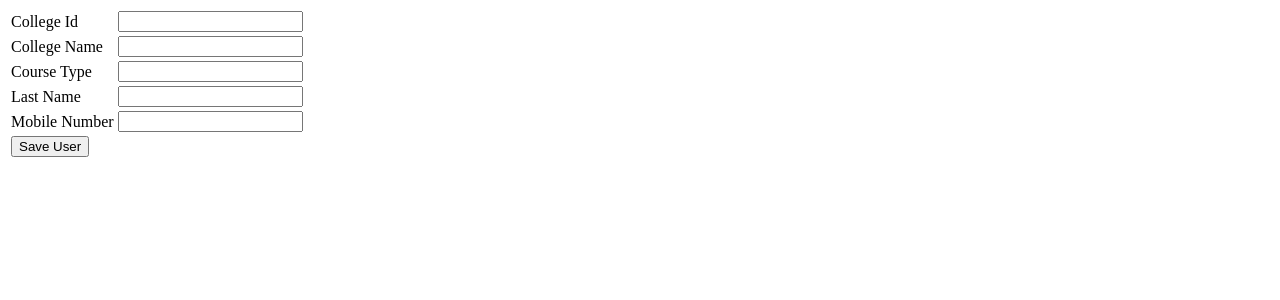
Repository: aamir5773/ServletJsp
Page: http://localhost/ProfessionalCollegee/Registercollege.jsp
The author's editor kept a copy of each file at every save. The page is drawn from the files as they stood at one save, then again after the next save.
The browser window is 1280 px wide. The pictures show the whole page.
The page is served by Tomcat 9.

Above is the page before, as saved 2019-11-01 10:51:39.

After the next save:
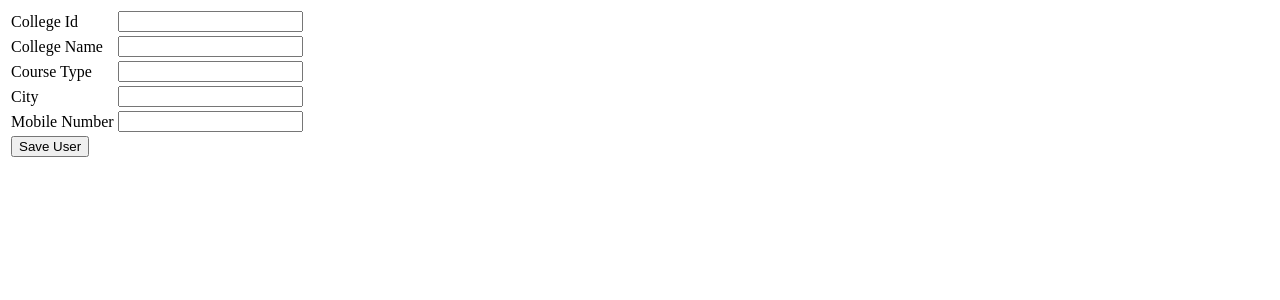
Saved 25 s later.
--- a/ProfessionalCollegee/WebContent/Registercollege.jsp
+++ b/ProfessionalCollegee/WebContent/Registercollege.jsp
@@ -23,8 +23,8 @@
 				<td><input type="text" name="ctype" id="ctype"></td>
 			</tr>
 			<tr>
-				<td>Last Name</td>
-				<td><input type="text" name="lastname" id="lastname"></td>
+				<td>City</td>
+				<td><input type="text" name="city" id="city"></td>
 			</tr>
 			<tr>
 				<td>Mobile Number</td>
